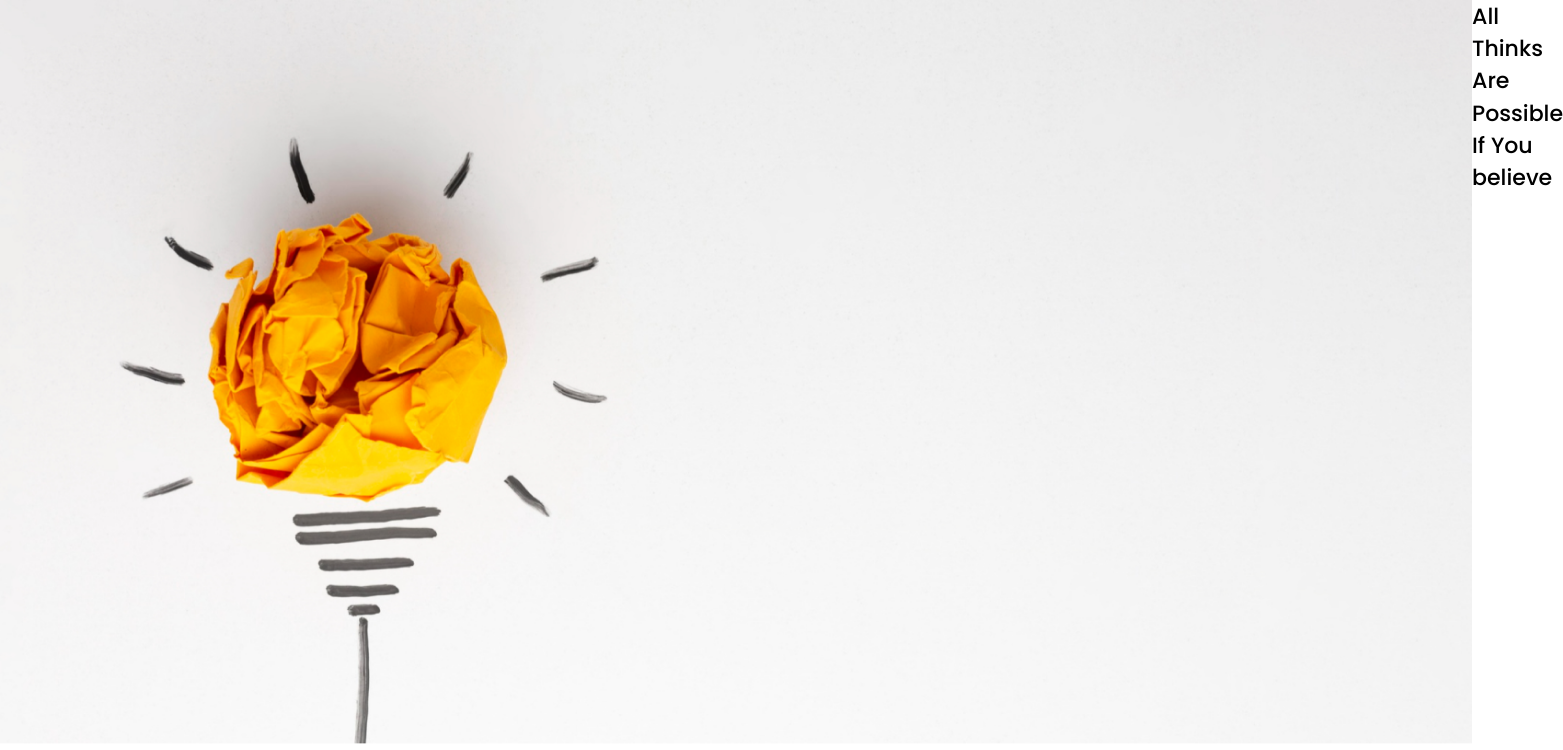
Repository: mdrubel02/new-year-new-mission
Page: index.html
An editor plug-in stored every save of this project. The page is shown before and after the next save, followed by the edit.
The browser window is 1280 px wide. The page is 1699 px wide, then 1490 px, so the pictures cover 1699 px, including what lies to the right of the window. The pictures show the whole page, at 92% of full size.

Above is the page before, as saved 2023-01-06 22:08:56.

### index.html
<!DOCTYPE html>
<html lang="en">
<head>
    <meta charset="UTF-8">
    <meta http-equiv="X-UA-Compatible" content="IE=edge">
    <meta name="viewport" content="width=device-width, initial-scale=1.0">
    <title>new-year-new-mission</title>
    <!-------- css link ---------->
    <link rel="stylesheet" href="/index.css">
</head>
<body>
    <header>
        <!--------- banner section --------->
        <section class="banner">
            <div class="banner_section">
                <div class="banner_left">
                    <img class="banner_left_img" src="/images/banner/banner1.png" alt="">
                </div>
                <div class="banner_right">
                    <h1>All Thinks Are Possible If You believe</h1>
                </div>
            </div>
        </section>
    </header>
</body>
</html>

### index.css
/* =====GOOGLE FONTS====== */
@import url('https://fonts.googleapis.com/css2?family=Poppins:wght@300;400;500;600&display=swap');

/* =====COMMON STYLES====== */
* {
    margin: 0;
    padding: 0;
    border: 0;
    outline: 0;
    list-style: none;
    text-decoration: none;
}

body {
    font-family: 'Poppins', sans-serif;
}

h1,
h2,
h3,
h4,
h5,
h6 {
    font-weight: 500;
}

.container {
    max-width: 1200px;
    margin: 0 auto;
    padding: 0 30px;
    margin-top: 10%;
    margin-bottom: 10%;
    box-sizing: border-box;
}

a {
    color: #fff;
    transition: all 400ms ease;
}

a:hover {
    color: #fff;
}

.btn {
    text-align: center;
    width: max-content;
    display: inline-block;
    color: #fff;
    padding: 0.75rem 1.2rem;
    border-radius: 0.4rem;
    border: 1px solid #4db5ff;
    transition: all 400ms ease;
}

.btn:hover {
    background: #fff;
    color: #4db5ff;
    border: 1px solid #4db5ff;
}

.btn-primary {
    background: #4db5ff;
    color: #fff;
}

/* ========= Banner section ============== */
.banner_section{
    display: flex;
}
.banner_left{}
.banner_right{}

After the next save:
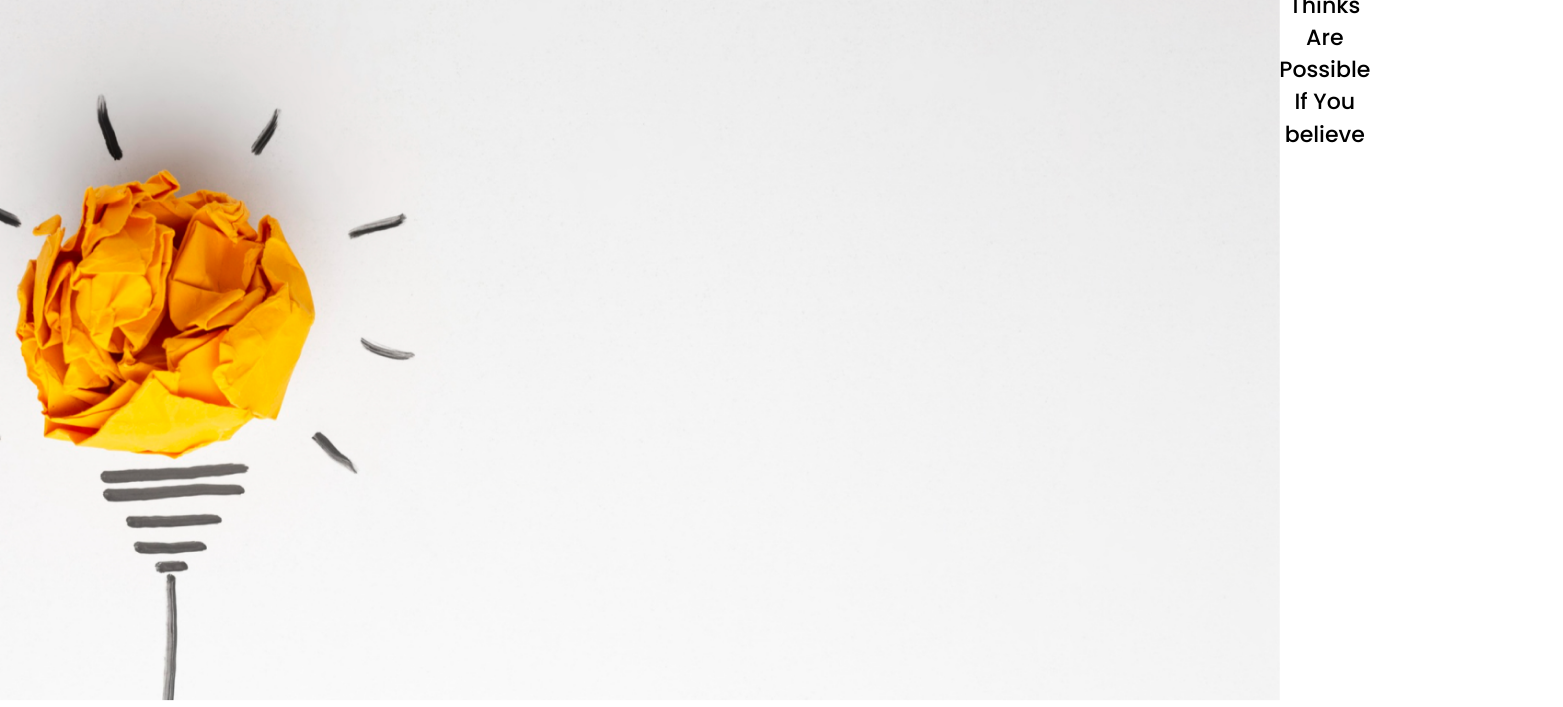
Saved 2 min 5 s later.
--- a/index.css
+++ b/index.css
@@ -65,6 +65,21 @@ a:hover {
 }
 
 /* ========= Banner section ============== */
+.banner{
+    background-image: url(/images/banner/banner1.png);
+    background-repeat: no-repeat;
+    background-size: cover;
+    background-position: center center;
+    height: 100vh;
+    width: 100%;
+    position: relative;
+    z-index: 1;
+    display: flex;
+    flex-direction: column;
+    justify-content: center;
+    align-items: center;
+    text-align: center;
+}
 .banner_section{
     display: flex;
 }
